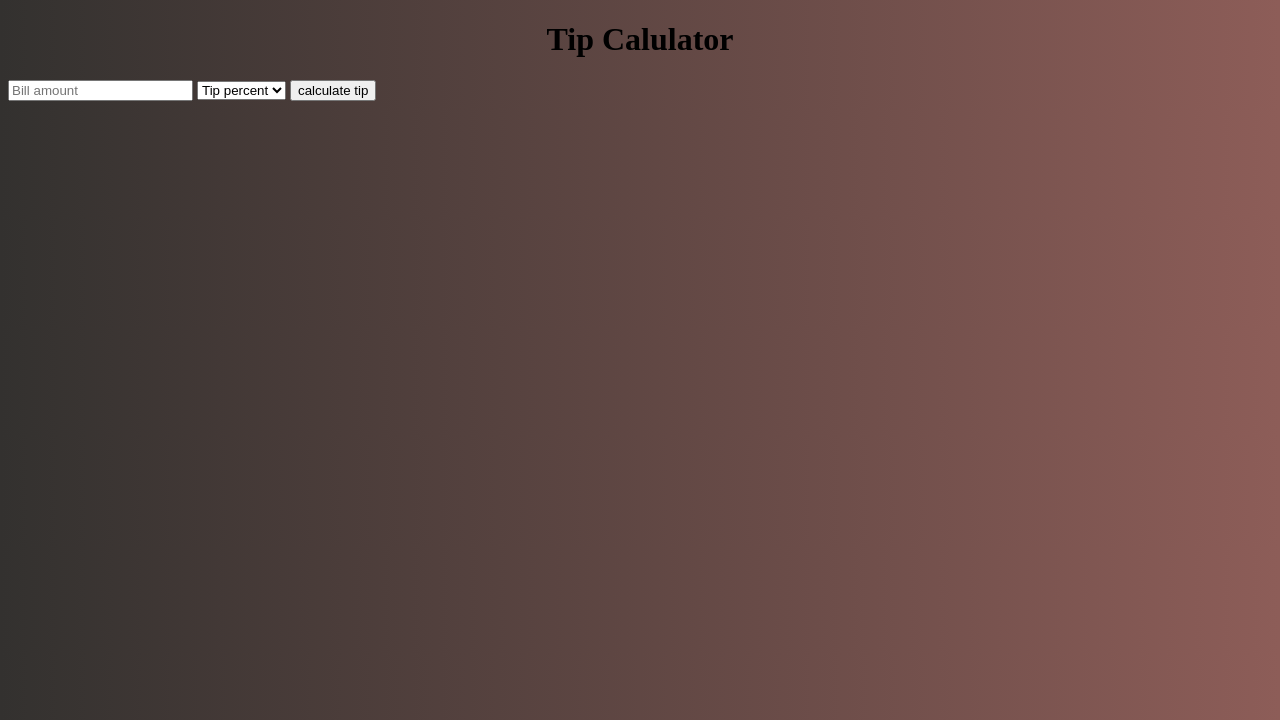
Repository: NiutaR/tip-calculator
Page: index.html
An editor plug-in stored every save of this project. The page is shown before and after a run of saves, followed by the edit.
The browser window is 1280 px wide. The pictures show the whole page.

Above is the page before, as saved 2021-07-28 18:54:27.
Console error: SyntaxError: Identifier 'totalBillAmount' has already been declared

### index.html
<!DOCTYPE html>
<html lang="en">

<head>
    <meta charset="UTF-8">
    <meta http-equiv="X-UA-Compatible" content="IE=edge">
    <meta name="viewport" content="width=device-width, initial-scale=1.0">
    <link rel="stylesheet" href="style.css">
    <title>Tip Calculator</title>
</head>

<body>

    <!--<div id="container">
        <h1>Tip Calculator</h1>
        <div id="calculator">


            <form>
                <p>How much was your bill?
                <p>
                    $ <input id="billamt" type="text" placeholder="Bill Amount">

                <p>How was your service?
                <p>
                    <select id="serviceQual">
                        <option disabled selected value="0">-- Choose an Option --</option>
                        <option value="0.3">30&#37; &#45; Outstanding</option>
                        <option value="0.2">20&#37; &#45; Good</option>
                        <option value="0.15">15&#37; &#45; It was OK</option>
                        <option value="0.1">10&#37; &#45; Bad</option>
                        <option value="0.05">5&#37; &#45; Terrible</option>
                    </select>

            </form>
            <p>How many people are sharing the bill?</p>
            <input id="peopleamt" type="text" placeholder="Number of People"> people
            <button type="button" id="calculate">Calculate!</button>

        </div>-->




   <!--<div id="calculator">
       <h1>Tip Calculator</h1>
            <form id="mainForm">
                <p>How much was your bill?</p>
                <input id="amount" type="text" placeholder="Bill Amount" value=""> $
                <p>How was your service?</p>
                <label><input name="service" type="radio" value="0.3">30&#37 - Outstanding</label>
                <label><input name="service" type="radio" value="0.2">20&#37 - Good</label>
                <label><input name="service" type="radio" value="0.15">15&#37 - OKish</label>
                <label><input name="service" type="radio" value="0.1">10&#37 - Bad</label>
                <label><input name="service" type="radio" value="0.05">0&#37 - Never coming back</label>
                <p>How many people are sharing the bill?</p>
                <select id="person">
                    <option value="1">1</option>
                    <option value="2">2</option>
                    <option value="3">3</option>
                    <option value="4">4</option>
                    <option value="5">5</option>
                    <option value="6">6</option>
                    <option value="7">7</option>
                    <option value="8">8</option>
                    <option value="9">9</option>
                    <option value="10">10</option>
                </select>
                <br>
                <button onclick="TotalBillAmount()" id="btn">Calculate now</button>


            <div id="totalTip">
                <sup>$</sup><span id="tip">0.00</span>
                <small id="each">each</small>
            </div>
        </form>
        </div>-->
        <div class="container">
            <h1>Tip Calulator</h1>
            <input type="text" placeholder="Bill amount" class="text-input">
            <select>
              <option value="" disabled="disabled" selected="selected">Tip percent</option>
                <option value="10">10%</option>
                <option value="15">15%</option>
                <option value="20">20%</option>
            </select>
            <input type="submit" value="calculate tip" class="button">
          </div>
          <div id='result'>

          </div>
    <script src="index.js"></script>
</body>

</html>

### style.css
body {
    background: coral;
    background: -webkit-linear-gradient(to left, #8d817f, #cecac5);
    /* Chrome 10-25, Safari 5.1-6 */
    background: linear-gradient(to left, #8d5d58, #33312f);
}

h1 {
    text-align: center;
}
#mainForm {
    text-align: center;
    border: 2px solid black;
    width: 500px;
    height: 600px;
    margin: 0 auto;
}
label {
    display: block;
    padding-top: 10px;
}
p {
    font-size: 20px;
}
button {
    font-size: 25px;
    margin-top: 20px;
    background-color: #8d817f;
    box-sizing: border-box;


}
button:before {
    content:'';
    position: absolute;
    top: 0;
    left: 0;
    width: 0;
    height: 42px;
    background: rgba(59, 21, 21, 0.3);
    border-radius: 5px;
    transition: all 2s ease;
}
button:hover:before {
	width: 100%;
}

### index.js
/*Your project should have a button Calculate that will return the Tip value for each person based on next calculation:
(TotalBillAmount * ServiceLevel)/NumberOfPersons  */

//const TotalBillAmount = document.getElementById('amount');

/*function ServiceLevel() {
    let radioBtn = document.getElementById('service');
    for(let i = 0; i < radioBtn.length; i++) {
        if(radioBtn[i].checked) {

        }
    }
}*/
//getting values fro radio buttons
/*const calculate = document.getElementById('btn');
document.btn.onclick = function() {
    let ServiceLevel = document.querySelector('input[name = service]:checked').value;
    totalTip.innerHTML = "Your bil" + ServiceLevel;
}*/


/*function NumberOfPersons() {
    let select = document.getElementById('person');
    let value = select.options[select.selectedIndex].value;
    console.log(value);
}

function calculate() {
    return (TotalBillAmount * ServiceLevel) / NumberOfPersons;
}
console.log(calculate());*/

function calculateTip(totalBillAmount, serviceLevel) {
    let totalBillAmount = document.getElementById('amount').value;
    let serviceLevel = document.getElementsByName('service');
    let numberOfPersons = document.getElementById('person').value;

    //getting radio buttons

    for (let i = 0; i < service.length; i++) {
        if (service[i].checked) {
            alert(service[i].value);
        }
    }



}

After the next 2 saves:
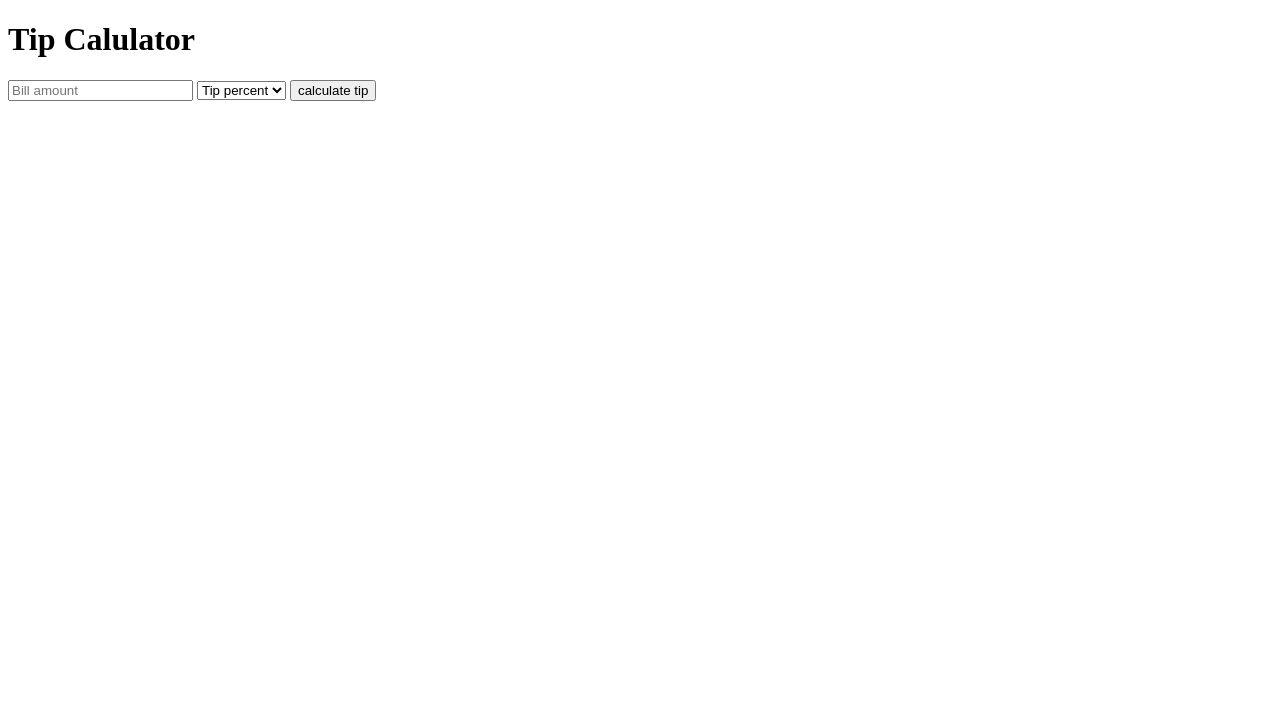
The 2 saves are shown as one change because they came seconds apart.
The last was saved 47 s later.
--- a/style.css
+++ b/style.css
@@ -1,4 +1,4 @@
-body {
+/*body {
     background: coral;
     background: -webkit-linear-gradient(to left, #8d817f, #cecac5);
     /* Chrome 10-25, Safari 5.1-6 */

After the 3 saves that followed:
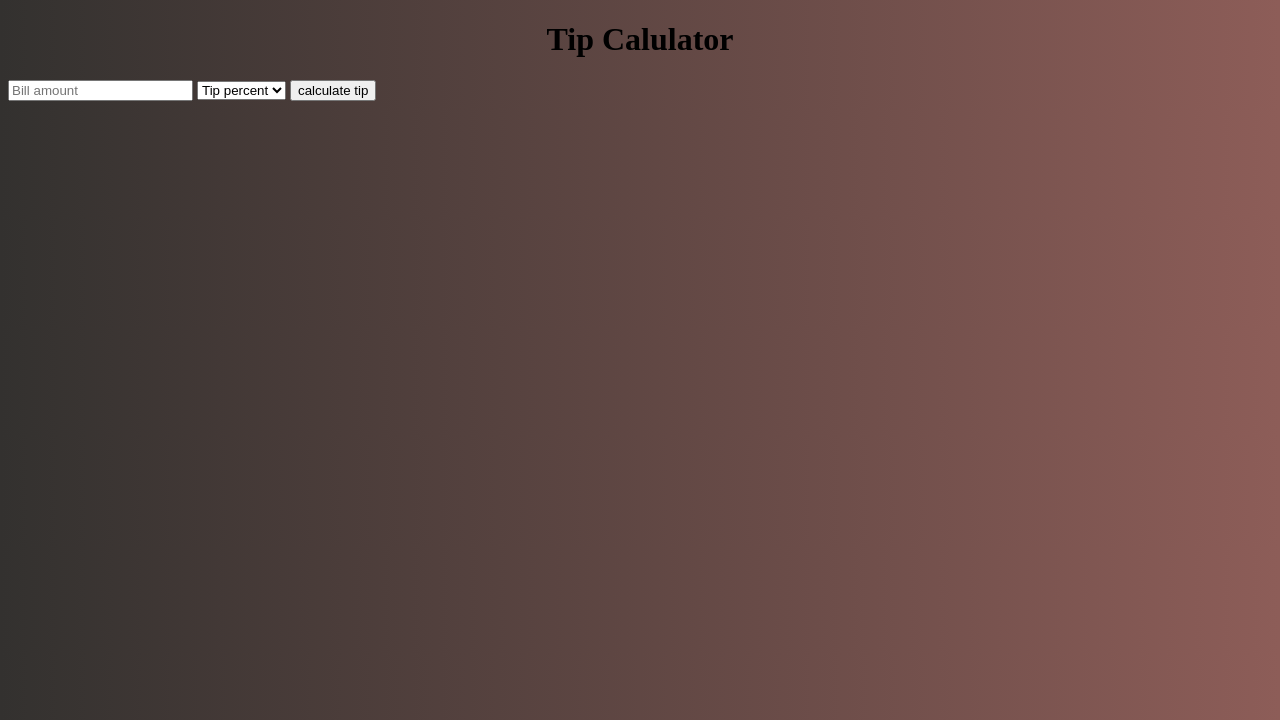
The 3 saves are shown as one change because 1 left the picture as it was and some came seconds apart.
The last was saved 13 s later.
--- a/style.css
+++ b/style.css
@@ -1,4 +1,4 @@
-/*body {
+body {
     background: coral;
     background: -webkit-linear-gradient(to left, #8d817f, #cecac5);
     /* Chrome 10-25, Safari 5.1-6 */
